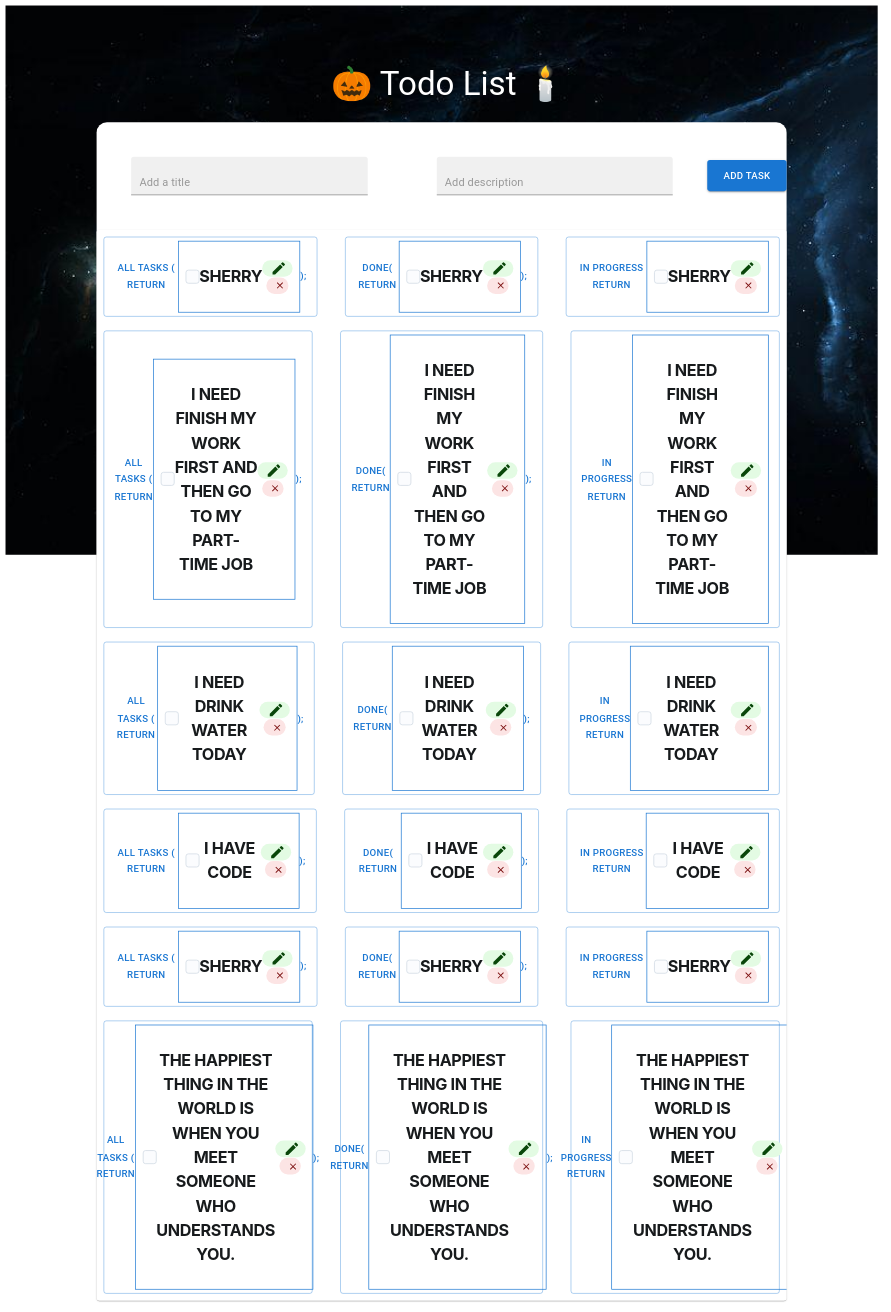
Repository: Tracy-maker/TodoList
Page: /
An editor plug-in stored every save of this project. The page is shown before and after the next save, followed by the edit.
The browser window is 1280 px wide. The page is 1292 px wide, so the pictures cover 1292 px, including what lies to the right of the window. The pictures show the whole page, at 69% of full size.
The project was rebuilt for these pictures with package versions that can differ from the ones it lists, and the page was loaded fresh each time. Requests to the local data server were answered from the project's data file. Also part of the build but not shown: src/components/TaskEdit.js.

Above is the page before, as saved 2023-09-20 14:16:39.

After the next save:
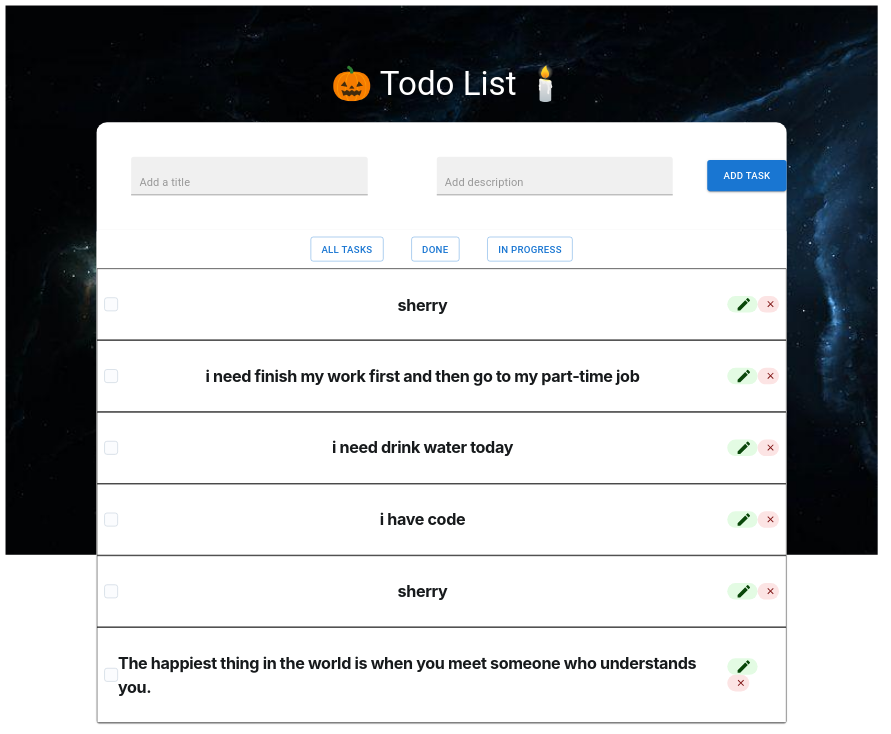
Saved 43 s later.
--- a/src/components/TaskList.js
+++ b/src/components/TaskList.js
@@ -1,4 +1,4 @@
-import * as React from "react";
+import React from "react";
 import { Box, Button, Card } from "@mui/material";
 import TaskShow from "./TaskShow";
 import styled from "styled-components";
@@ -11,37 +11,31 @@ const ButtonNavigationBar = styled(Box)`
 `;
 
 function TaskList(props) {
-  const renderedTasksList = props.tasks.map((task) => {
-    return (
-      <>
+  const renderedTasksList = props.tasks.map((task) => (
+    <TaskShow
+      key={task.id}
+      task={task}
+      onDelete={props.onDelete}
+      onEdit={props.onEdit}
+      toggleCheckedBoxById={props.toggleCheckedBoxById}
+    />
+  ));
+
+  return (
+    <Box mb={2}>
+      <Card>
         <ButtonNavigationBar>
           <Button
             variant={props.defaultValue === "all" ? "contained" : "outlined"}
             onClick={() => props.onFilterChange("all")}
           >
-            All Tasks ( return
-            <TaskShow
-              key={task.id}
-              task={task}
-              onDelete={props.onDelete}
-              onEdit={props.onEdit}
-              toggleCheckedBoxById={props.toggleCheckedBoxById}
-            />
-            );
+            All Tasks
           </Button>
           <Button
             variant={props.defaultValue === "done" ? "contained" : "outlined"}
             onClick={() => props.onFilterChange("done")}
           >
-            Done( return
-            <TaskShow
-              key={task.id}
-              task={task}
-              onDelete={props.onDelete}
-              onEdit={props.onEdit}
-              toggleCheckedBoxById={props.toggleCheckedBoxById}
-            />
-            );
+            Done
           </Button>
           <Button
             variant={
@@ -49,24 +43,13 @@ function TaskList(props) {
             }
             onClick={() => props.onFilterChange("inProgress")}
           >
-            In Progress return
-            <TaskShow
-              key={task.id}
-              task={task}
-              onDelete={props.onDelete}
-              onEdit={props.onEdit}
-              toggleCheckedBoxById={props.toggleCheckedBoxById}
-            />
+            In Progress
           </Button>
         </ButtonNavigationBar>
-      </>
-    );
-  });
-
-  return (
-    <Box mb={2}>
-      <Card>{renderedTasksList}</Card>
+        {renderedTasksList}
+      </Card>
     </Box>
   );
 }
+
 export default TaskList;
